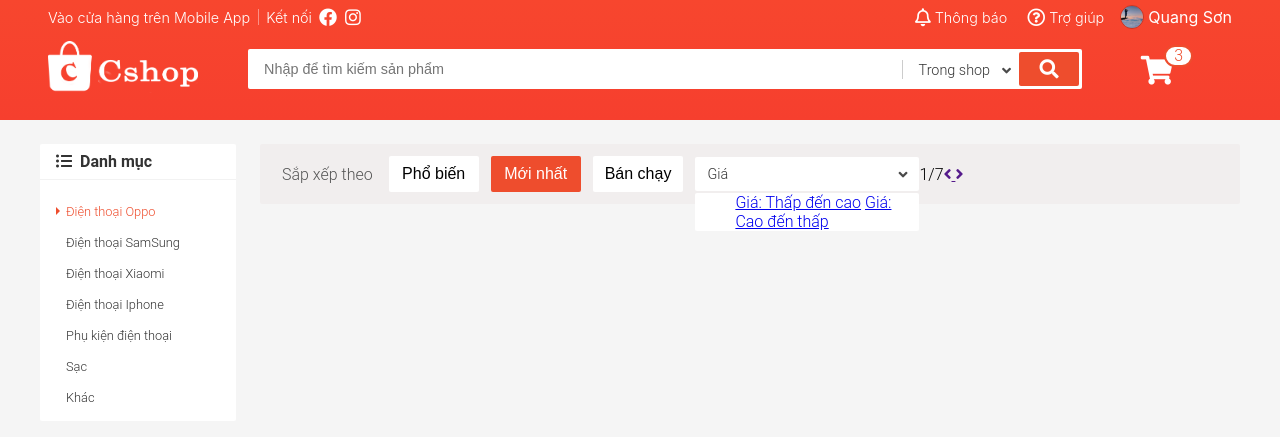
Repository: Qson412/BTL_Web
Page: index.html
The author's editor kept a copy of each file at every save. The page is drawn from the files as they stood at one save, then again after the next save.
The browser window is 1280 px wide. The pictures show the whole page.

Above is the page before, as saved 2021-12-01 09:09:49.

After the next save:
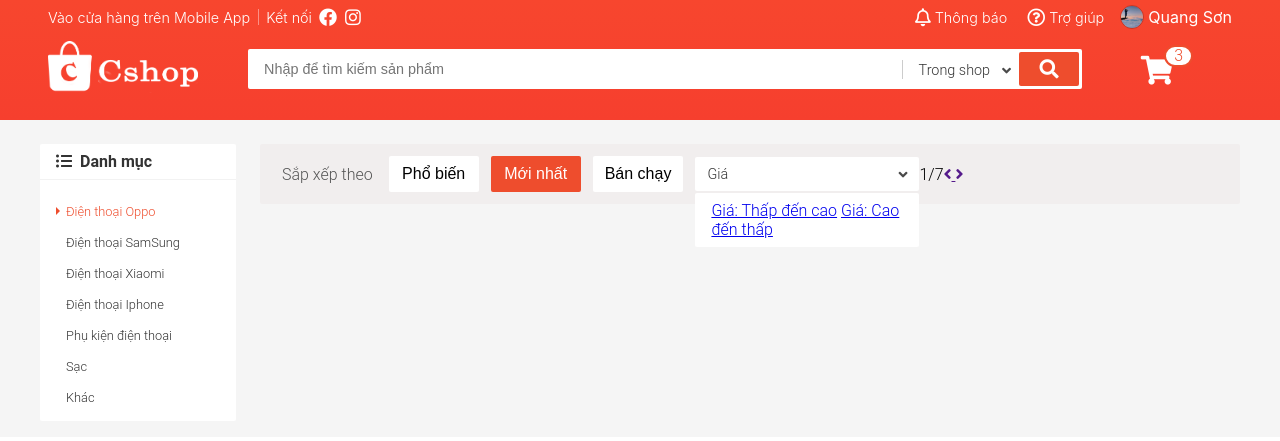
Saved 25 s later.
--- a/base.css
+++ b/base.css
@@ -164,6 +164,6 @@ body{
     top: 20px;
     border-radius: 2px;
     background-color: white;
-    padding-left: 8px 16px;
+    padding: 8px 16px;
     list-style: none;
 }
